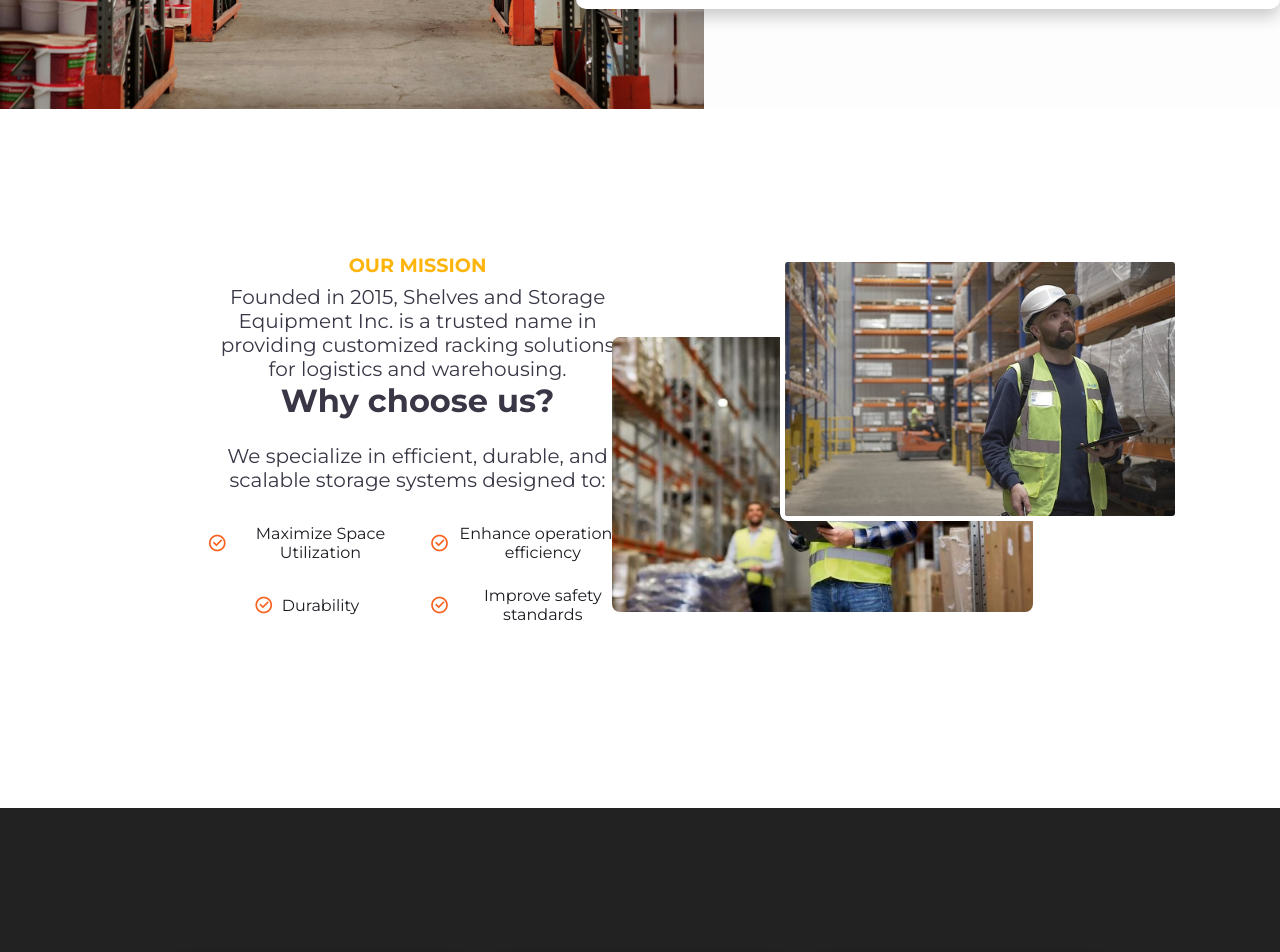
Repository: jahatesu/shelves-and-storage-equipment
Page: index.html
An editor plug-in stored every save of this project. The page is shown before and after the next save, followed by the edit.
The browser window is 1280 px wide. The pictures show the part of the page from y = 1363 to 2315 px (the page is 7811 px tall before and 7787 px after).
A picture or video elsewhere on the page could not be fetched, so the positions and the page height are approximate. Backgrounds fixed to the window are drawn as part of the page. Some web fonts or font styles are not loaded; a fallback is used. Some web libraries are served in a nearby version.

Above is the page before, as saved 2025-01-25 19:31:29.
Console error: TypeError: Cannot read properties of null (reading 'querySelector')

After the next save:
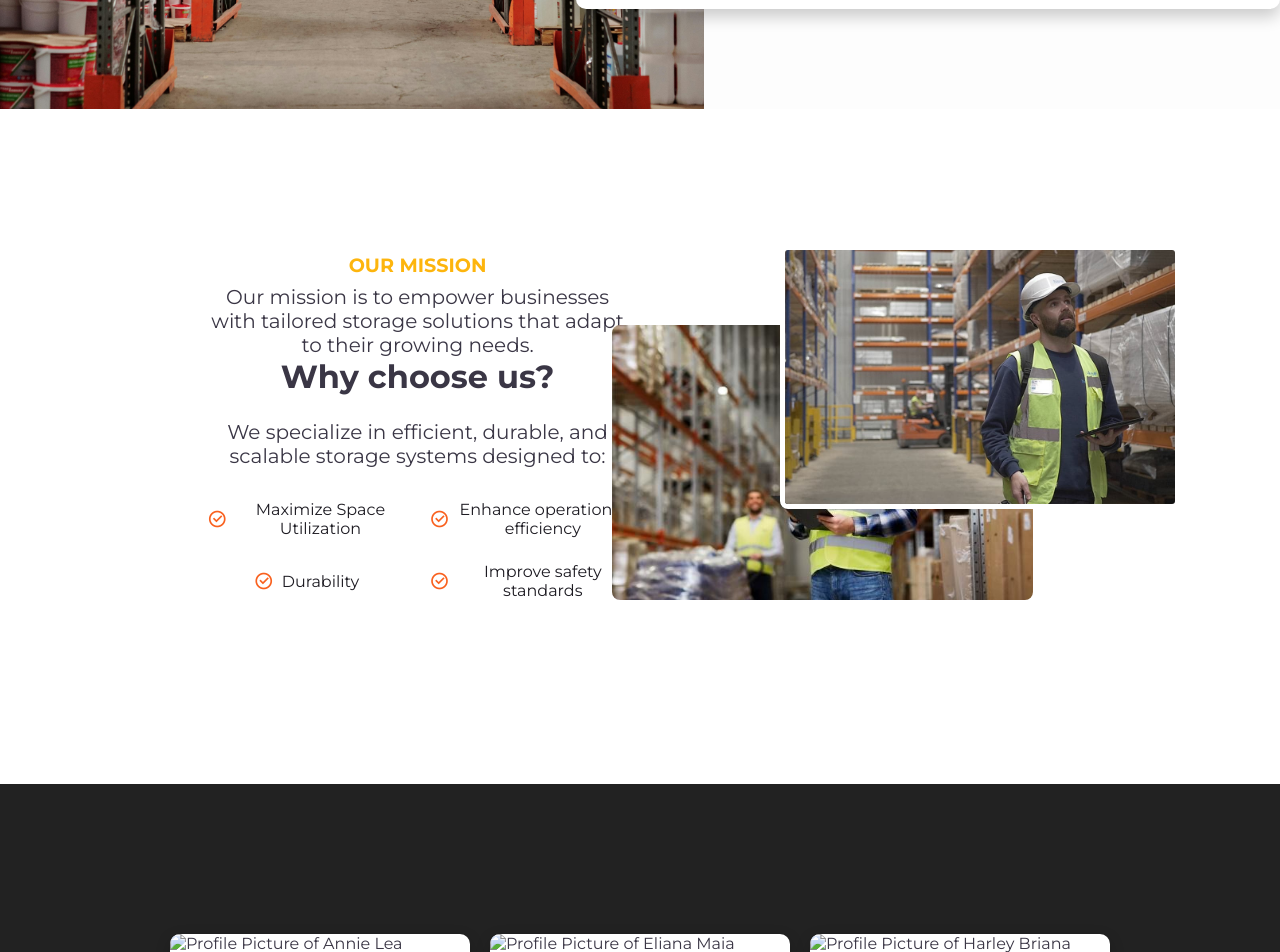
Saved 7 s later.
--- a/index.html
+++ b/index.html
@@ -67,7 +67,7 @@
         <div class="about_data">
             <span class="section_subtitle">OUR MISSION</span>
             <p>
-                Founded in 2015, Shelves and Storage Equipment Inc. is a trusted name in providing customized racking solutions for logistics and warehousing.
+                Our mission is to empower businesses with tailored storage solutions that adapt to their growing needs.
             </p>
             <h2 class="section_title">Why choose us?</h2>
             <p class="about_description">
